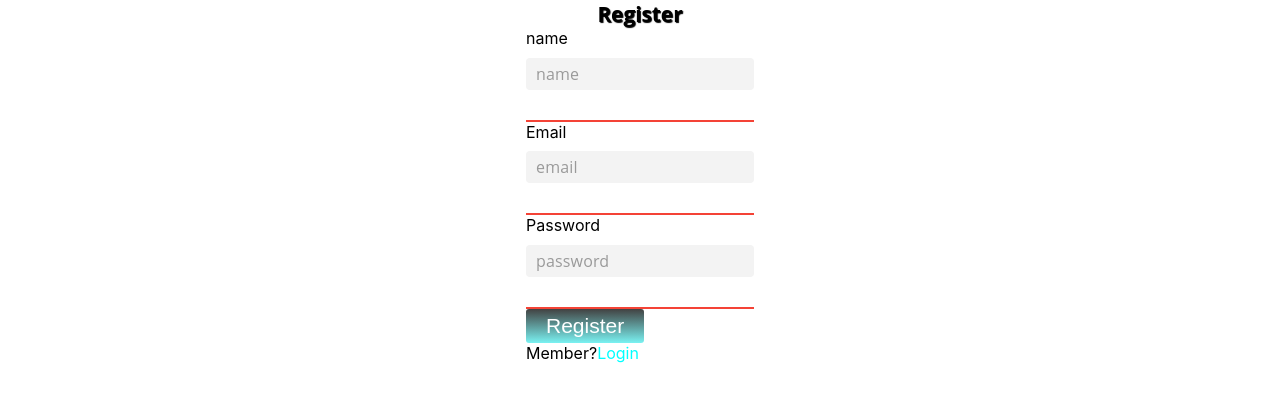
Repository: CSituma/React-Express-Form-Logic
Page: /register (app in client/)
The author's editor kept a copy of each file at every save. The page is drawn from the files as they stood at one save, then again after the next save.
The browser window is 1280 px wide. The pictures show the whole page.
The project was rebuilt for these pictures with package versions that can differ from the ones it lists, and the page was loaded fresh each time. Also part of the build but not shown: client/src/components/login/login.jsx, client/src/components/login/dashboard.jsx.

Above is the page before, as saved 2020-11-30 12:44:37.

After the next save:
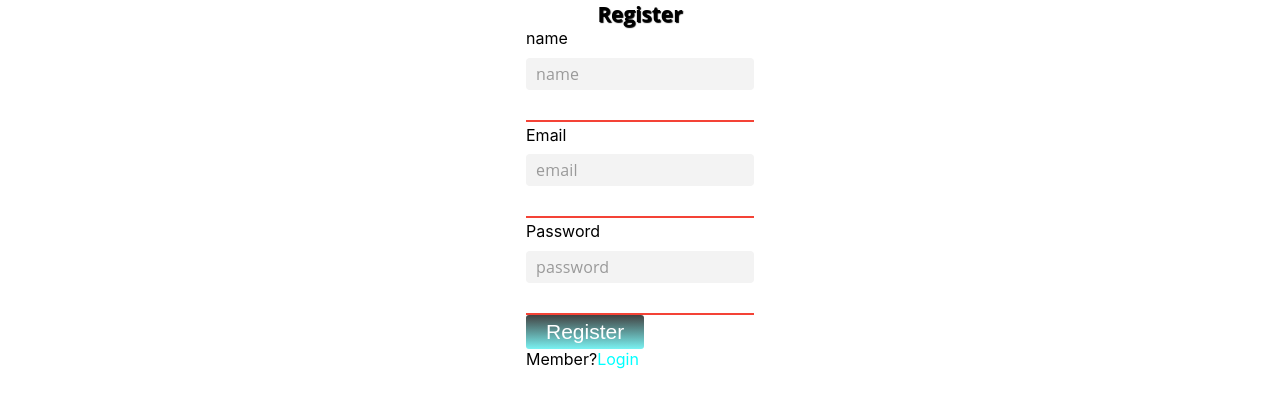
Saved 39 s later.
--- a/client/src/components/login/register.jsx
+++ b/client/src/components/login/register.jsx
@@ -117,7 +117,7 @@ validatefields = (e) =>{
                onChange={this.handleChange} placeholder="name"
                error
                helperText
-               ={this.usernameerror}
+
 
                />
 
@@ -132,7 +132,7 @@ validatefields = (e) =>{
                onChange={this.handleChange}
                error
                helperText
-               ={this.emailerror} />
+               />
             </div>
 
             <div className="form-group">
